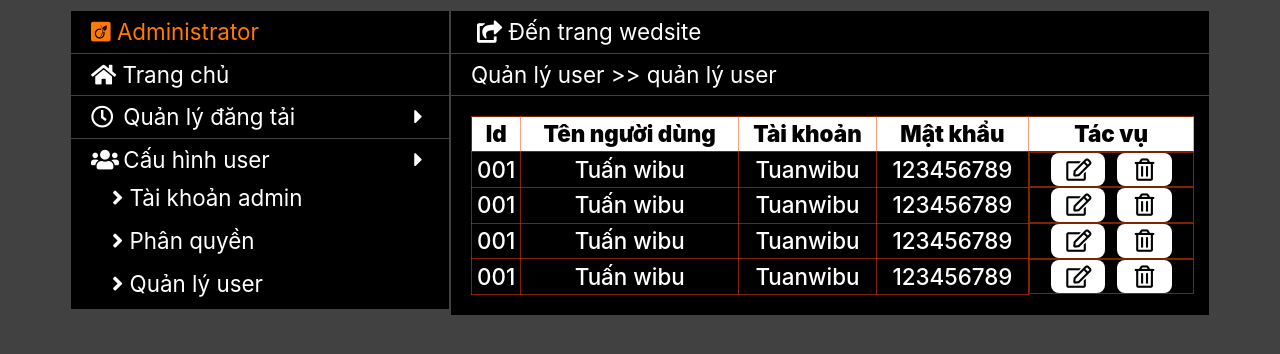
Repository: SonNguyen892002/Lau-Dai-Code
Page: http://localhost/wed-jdbc-1-2023/views/admin/qluser.jsp
An editor plug-in stored every save of this project. The page is shown before and after the next save, followed by the edit.
The browser window is 1280 px wide. The pictures show the whole page.
The page is served by Tomcat 9. Nobody is signed in. The application's start-up code is not run. Other server files are loaded and not shown.

Above is the page before, as saved 2022-01-15 11:11:32.

### workspace/wed-jdbc-1-2023/src/main/webapp/views/admin/qluser.jsp
<%@ page language="java" contentType="text/html; charset=UTF-8"
	pageEncoding="UTF-8"%>
<%@ include file="header.jsp"%>

<table class="mt mb ">
	<tr>
		<td>Id</td>
		<td>Tên người dùng</td>
		<td>Tài khoản</td>
		<td>Mật khẩu</td>
		<td>Tác vụ</td>
	</tr>

	<tr>
		<th>001</th>
		<th>Tuấn wibu</th>
		<th>Tuanwibu</th>
		<th>123456789</th>
		<th class="row m0 center"><a href="#"
			class="col-xl-4 col-lg-4 col-lg-4 col-4 backgr"><i
				class="far fa-edit"></i></a> <a href="#"
			class="col-xl-4 col-lg-4 col-lg-4 col-4 backgr"><i
				class="far fa-trash-alt"></i></a></th>
	</tr>
	<tr>
		<th>001</th>
		<th>Tuấn wibu</th>
		<th>Tuanwibu</th>
		<th>123456789</th>
		<th class="row m0 center"><a href="#"
			class="col-xl-4 col-lg-4 col-lg-4 col-4 backgr"><i
				class="far fa-edit"></i></a> <a href="#"
			class="col-xl-4 col-lg-4 col-lg-4 col-4 backgr"><i
				class="far fa-trash-alt"></i></a></th>
	</tr>
	<tr>
		<th>001</th>
		<th>Tuấn wibu</th>
		<th>Tuanwibu</th>
		<th>123456789</th>
		<th class="row m0 center"><a href="#"
			class="col-xl-4 col-lg-4 col-lg-4 col-4 backgr"><i
				class="far fa-edit"></i></a> <a href="#"
			class="col-xl-4 col-lg-4 col-lg-4 col-4 backgr"><i
				class="far fa-trash-alt"></i></a></th>
	</tr>
	<tr>
		<th>001</th>
		<th>Tuấn wibu</th>
		<th>Tuanwibu</th>
		<th>123456789</th>
		<th class="row m0 center"><a href="#"
			class="col-xl-4 col-lg-4 col-lg-4 col-4 backgr"><i
				class="far fa-edit"></i></a> <a href="#"
			class="col-xl-4 col-lg-4 col-lg-4 col-4 backgr"><i
				class="far fa-trash-alt"></i></a></th>
	</tr>

</table>

<script>
	const btnA = document.querySelector('.t');
	document.querySelector('#menu1').classList.remove('off');
	document.querySelector('#menu1 .j').classList.remove('off');

	btnA.innerHTML = "Quản lý user >> quản lý user";
</script>

<%@ include file="footer.jsp"%>

### workspace/wed-jdbc-1-2023/src/main/webapp/views/admin/header.jsp
<%@ page language="java" contentType="text/html; charset=UTF-8"
    pageEncoding="UTF-8"%>
<!DOCTYPE html>
<html>
<head>
    <meta charset="UTF-8">
    <title>admin</title>
    <link rel="stylesheet" href="./styleadmin.css">
    <link rel="stylesheet" href="../fontawesome-free-5.15.3-web/css/all.min.css">
    <link rel="stylesheet" href="https://cdn.jsdelivr.net/npm/bootstrap@4.6.1/dist/css/bootstrap.min.css">
</head>
<body>

    <div class="container mb">
        <div class="row">

            <div class="col-xl-4 p0">

                <div class="black p2 sz">
                    <i class="fab fa-viadeo-square"></i>
                    Administrator
                </div>

                <div class="black p2">
                    <i class="fas fa-home"></i>
                    Trang chủ
                </div>

                <!-- QUẢN LÝ ĐĂNG TẢI -->
                <div class="black p2">
                    <div id="btn" onclick="Button()" class="row">
                        <div class="col-xl-1">
                            <i class="far fa-clock"></i>
                        </div>

                        <div class="col-xl-9">
                            <span>
                                Quản lý đăng tải
                            </span>
                        </div>

                        <div class="col-xl-2">
                            <span class="a">
                                <i class="fas fa-caret-right"></i>
                            </span>
                        </div>
                    </div>

                    <div id="menu" class="off">
                        <a href="./dangtaiphim.jsp" class="black p2">
                            <i class="fas fa-angle-right"></i>
                            <span>Đăng tải phim</span>
                        </a>

                        <a href="./qlphim.jsp" class="black p2 l">
                            <i class="fas fa-angle-right"></i>
                            <span>Quản lý phim</span>
                        </a>
                    </div>
                </div>

                <!-- CẤU HÌNH USER -->
                <div class="black p2">
                    <div id="btn" onclick="Button1()" class="row">
                        <div class="col-xl-1 col-lg-1 col-sm-1 col-1">
                            <i class="fas fa-users"></i>
                        </div>

                        <div class="col-xl-9 col-lg-9 col-sm-9 col-9">
                            <span>
                                Cấu hình user
                            </span>
                        </div>

                        <div class="col-xl-2 col-lg-2 col-sm-2 col-2">
                            <span class="a1">
                                <i class="fas fa-caret-right"></i>
                            </span>
                        </div>
                    </div>

                    <div id="menu1" class="off">
                        <a href="./tkadmin.jsp" class="black p2">
                            <i class="fas fa-angle-right"></i>
                            <span>Tài khoản admin</span>
                        </a>

                        <a href="./phanquyen.jsp" class="black p2 k">
                            <i class="fas fa-angle-right"></i>
                            <span>Phân quyền</span>
                        </a>

                        <a href="./qluser.jsp" class="black p2 j">
                            <i class="fas fa-angle-right"></i>
                            <span>Quản lý user</span>
                        </a>
                    </div>
                </div>

            </div>

            <div class="col-xl-8 p0">

                <div class="black p2">
                    <a href="#">
                        <i class="fas fa-share-square"></i>
                        Đến trang wedsite
                    </a>
                </div>

                <div class="black p2">
                    <span class="t">Quản lý đăng tải >></span>
                </div>

                <div class="black p2">

### workspace/wed-jdbc-1-2023/src/main/webapp/views/admin/footer.jsp
</div>
            </div>
        </div>

    </div>

    <script>
        const navMenu = document.querySelector('#menu');
        const navMenu1 = document.querySelector('#menu1');
        const navDown = document.querySelector('.a');
        const navDown1 = document.querySelector('.a1');

        function Button() {
            navMenu.classList.toggle('off');
            navDown.classList.toggle('down');
        }

        function Button1() {
            navMenu1.classList.toggle('off');
            navDown1.classList.toggle('down');
        }
    </script>

</body>
</html>

### workspace/wed-jdbc-1-2023/src/main/webapp/decorators/admin/styleadmin.css
:root{
    --color-orange: #FF7A00;
    --color-white: rgb(255, 255, 255);
    --background-black: #000;
}

*{
    padding: 0;
    margin: 0;
    box-sizing: border-box;
}

body{
    background-color: #414141 !important;
    font-size: 62.5%;
    font-family: 'Lato', sans-serif;
}

a{
    color: var(--color-white) !important;
    display: block;
    margin: 0 6px;
    transition: 0.2s;
}

.white{
    background-color: var(--color-white);
    color:rgb(73, 22, 22);
    padding: 6px 16px;
}

.backgr{
    background-color: var(--color-white);
    color:#000 !important;
    border-radius: 8px;
}

.backgr:hover{
    background-color: var(--color-orange);
    color:#fff !important;
}

.p3{
    padding: 2px 6px !important;
}

.p4{
    padding: 0 0 0 6px !important;
}

#btn:hover,
a:hover{
    text-decoration: none !important;
    color: var(--color-orange) !important;
    cursor: pointer;
}

.container{
    margin-top: 10px;
}

.black{
    background-color: var(--background-black);
    color: var(--color-white);
    font-size: 1.4rem;
}

.p0{
    padding: 0 !important;
}

.p2{
    padding: 4px 0 4px 20px;
    margin: 1px !important;
}

.mt{
    margin-top: 16px;
}

.m0{
    margin: 0 !important;
}

.mb{
    margin-bottom: 16px;
}

.mr{
    margin-right: 16px;
}

.sz{
    color: var(--color-orange);
}

.off{
    display: none;
}

.down{
    transform:rotate(90deg);
    display: inline-block;
}

.active{
    color: var(--color-orange) !important;
}

.border{
    border: 1px solid #fff;
}

.border input{
    font-size:1rem;
}

h5{
    transform: translateY(30%);
}

select{
    width: 100%;
    background-color: transparent;
    transform: translateY(14%);
    color: #fff;
    outline: none;
    border: none;
}

select option{
    color: #000;
}

input[type="text"],
input[type="password"],
textarea {
    width: 100%;
    background-color: transparent;
    border: 1px solid #fff;
    color: #fff;
    outline: none;
    padding: 6px 0 6px 20px;
    font-size:1.2rem;
}

input[type="text"]::placeholder{
    color: rgba(255, 255, 255, 0.404);
}

input[type="button"],
input[type="reset"]{
    width: 94%;
    color: var(--color-white);
    background-color: var(--color-orange);
    border-radius:10px;
    outline: none;
    border: none;
}

input[type="checkbox"]{
    transform: translateY(18%);
    width: 26px;
    height: 26px;
}

.ct,
td,th{
    text-align: center !important;
}

.center{
    justify-content: center;
}

table{
    width: 98%;
}

th{
    border: 1px solid rgba(255, 72, 0, 0.5);
    font-size: 1.4rem;
    font-weight: 500;
}

td{
    background: var(--color-white);
    border: 1px solid rgba(255, 72, 0, 0.5);
    color: #000;
    font-weight: 900;
}

#btnPassword{
    position: relative;
}

#btnPassword i{
    transform: translateY(20%);
}

#btnPassword::before{
    content: "";
    position: absolute;
    top: 46%;
    left: -8%;
    width: 80%;
    height: 2px;
    background: var(--color-white);
    display: block;
    transform:rotate(45deg);
}

.b::before{
    display: none !important;
}

Loaded but not shown: workspace/wed-jdbc-1-2023/src/main/webapp/template/icon/fontawesome-free-5.15.3-web/css/all.min.css (library)

After the next save:
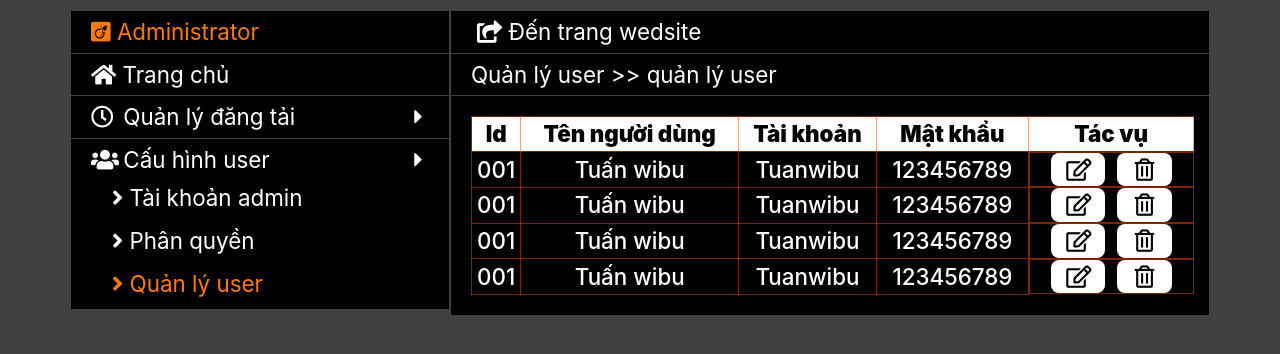
Saved 17 s later.
--- a/workspace/wed-jdbc-1-2023/src/main/webapp/views/admin/qluser.jsp
+++ b/workspace/wed-jdbc-1-2023/src/main/webapp/views/admin/qluser.jsp
@@ -61,7 +61,7 @@
 <script>
 	const btnA = document.querySelector('.t');
 	document.querySelector('#menu1').classList.remove('off');
-	document.querySelector('#menu1 .j').classList.remove('off');
+	document.querySelector('#menu1 .j').classList.add('active');
 
 	btnA.innerHTML = "Quản lý user >> quản lý user";
 </script>
